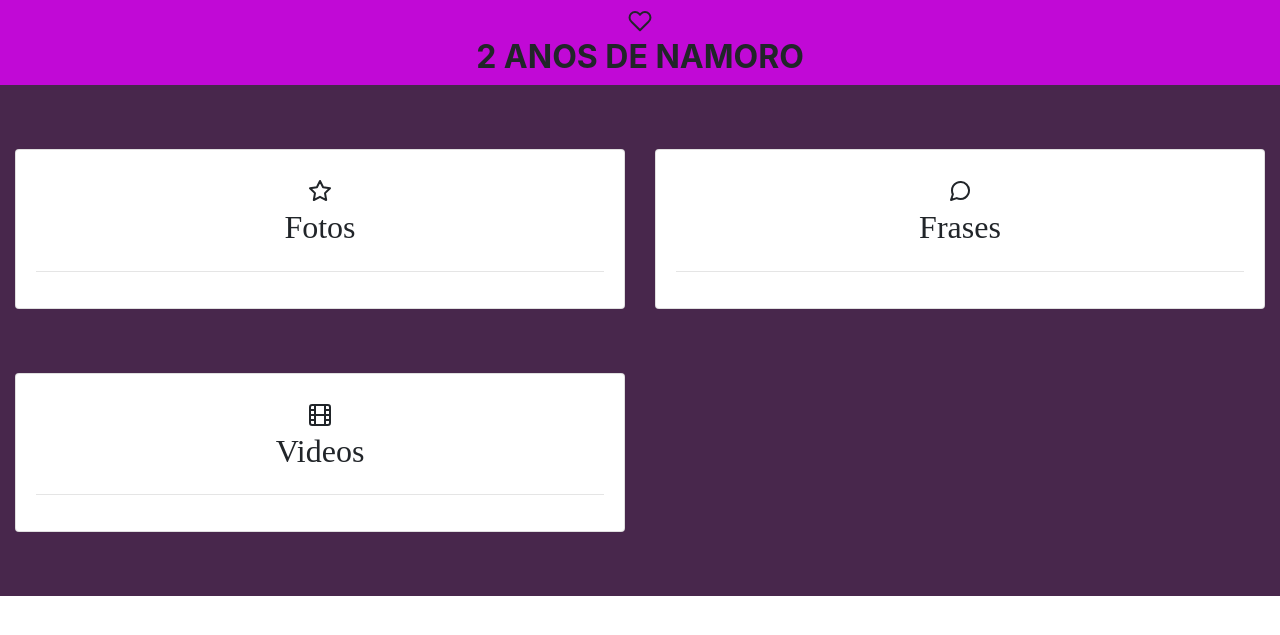
Repository: MeuAmor/meuamor.github.io
Page: index.html
An editor plug-in stored every save of this project. The page is shown before and after the next save, followed by the edit.
The browser window is 1280 px wide. The pictures show the whole page.

Above is the page before, as saved 2019-08-21 23:28:30.

After the next save:
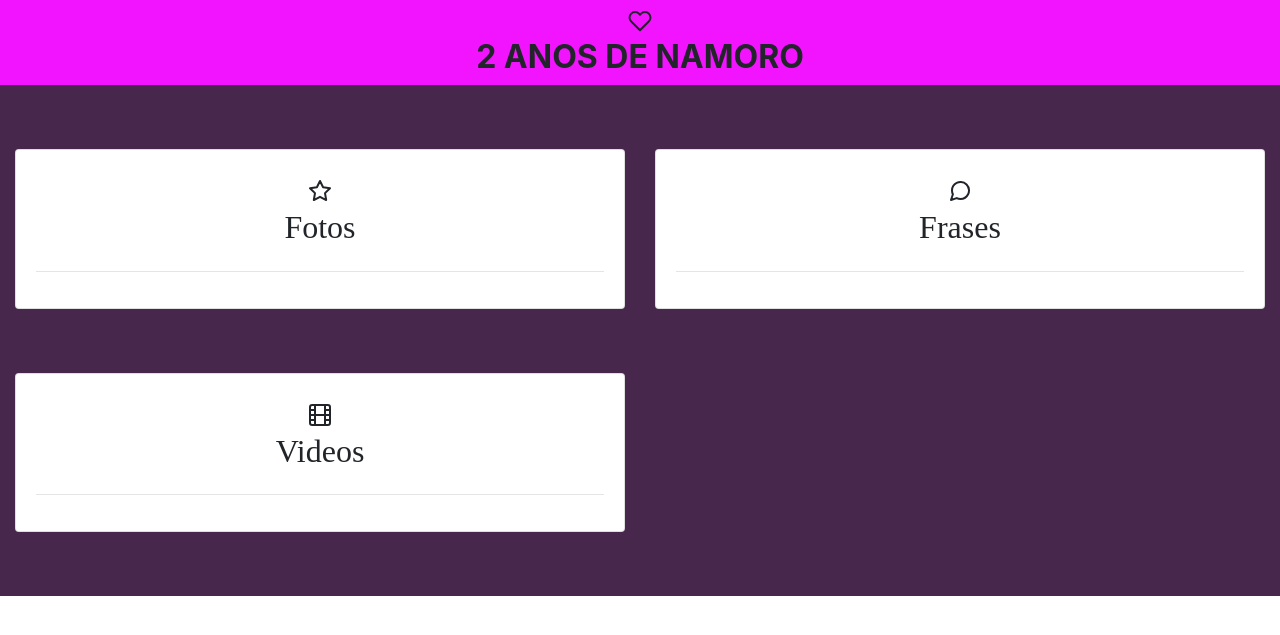
Saved 55 s later.
--- a/index.html
+++ b/index.html
@@ -20,7 +20,7 @@
 <body class="container-fluid">
 
 
-	<div class="row" style="background:#c109d6">
+	<div class="row" style="background:#f100ffeb">
 		<div class="col-md-12 text-left">
 			<h2>
                 <div class="text-center">
